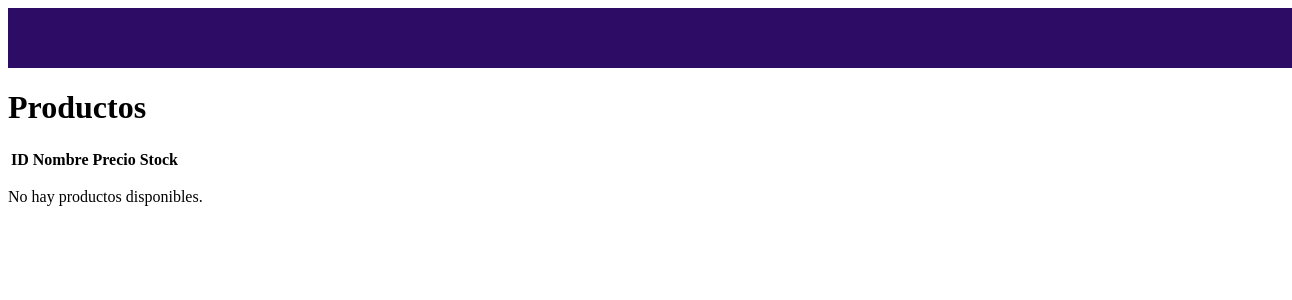
Repository: LadyJohana20/clases
Page: Clase-05-nodesass/public/pages/productos.html
The author's editor kept a copy of each file at every save. The page is drawn from the files as they stood at one save, then again after the next save.
The browser window is 1280 px wide. The page is 1292 px wide, so the pictures cover 1292 px, including what lies to the right of the window. The pictures show the whole page.
The style sheet was rebuilt from its Sass, Less or Tailwind sources for each picture, by a compiler version that may differ from the author's.

Above is the page before, as saved 2026-01-27 22:18:16.
Console error: ReferenceError: listHome is not defined

After the next save:
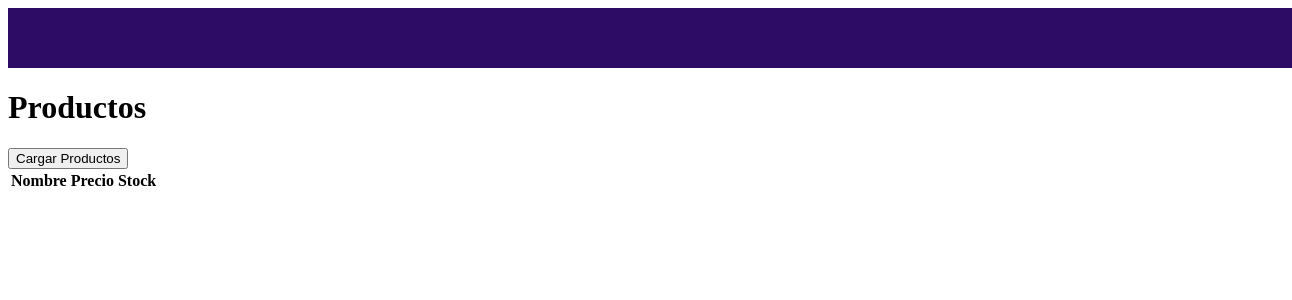
Saved 12 s later.
--- a/Clase-05-nodesass/public/pages/productos.html
+++ b/Clase-05-nodesass/public/pages/productos.html
@@ -1,40 +1,53 @@
 <!DOCTYPE html>
 <html lang="en">
 <head>
-    <meta charset="UTF-8">
-    <meta name="viewport" content="width=device-width, initial-scale=1.0">
-    <link rel="stylesheet" href="../sass/css/productos.css">
-    <title>Productos</title>
+  <meta charset="UTF-8">
+  <meta name="viewport" content="width=device-width, initial-scale=1.0">
+  <link rel="stylesheet" href="../css/productos.css">
+  <title>Productos</title>
 </head>
-<body id="body">
-    <!-- 1. creamos una pagina completa solo con JS y el DOM -->
-    <div id="principal">
+<body>
 
+  <!-- Creamos una página completa solo con JS y el DOM -->
 
-    </div>
+  <div id="principal">
 
-    <h1 class="titulo" id="titulo">
-        Productos
-    </h1>
+  </div>
 
-    <table id="tabla-productos" class="titulo">
-        <thead>
-            <tr>
-                <th>ID</th>
-                <th>Nombre</th>
-                <th>Precio</th>
-                <th>Stock</th>
-            </tr>
-        </thead>
-        <tbody>
-            <!-- Los productos se agregarán aquí dinámicamente -->
-        </tbody>
-    </table>
+  <h1 class="titulo" id="titulo">
+    Productos
+  </h1>
 
-    <p id="sin-productos" class="titulo">
-        No hay productos disponibles.
-    </p>
+  <button id="cargarProductos">
+    Cargar Productos
+  </button>
 
-    <script src="../js/productos.js"></script>
+  <table class="titulo">
+    <thead>
+      <tr>
+        <!-- <th>ID</th> -->
+        <th>Nombre</th>
+        <th>Precio</th>
+        <th>Stock</th>
+      </tr>
+    </thead>
+    <tbody id="tabla-productos">
+      <!--  <tr>
+        <td></td>
+        <td>Gaseosas</td>
+        <td>1500</td>
+        <td>150</td>
+      </tr> -->
+    </tbody>
+  </table>
+
+  <p id="sin-parsear">
+
+  </p>
+  <p id="parseado">
+
+  </p>
+
+  <script src="../js/productos.js"></script>
 </body>
 </html>
